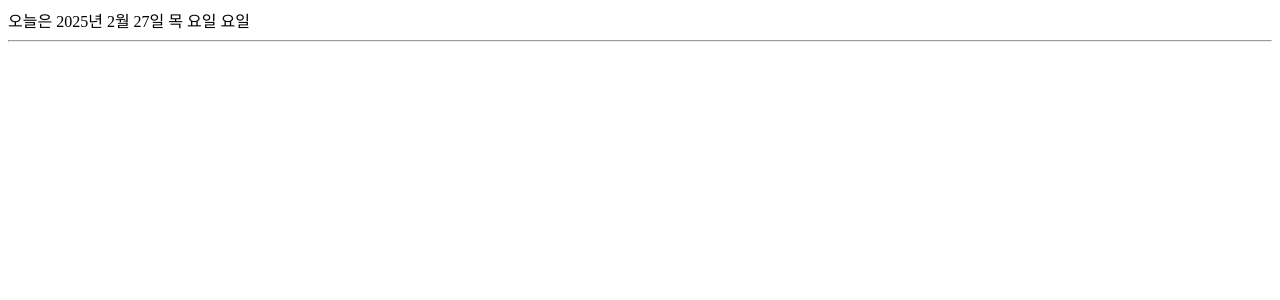
Repository: LEENYAMNYAM/JSP
Page: http://localhost/JSP_Project/exam/DataExam.jsp
The author's editor kept a copy of each file at every save. The page is drawn from the files as they stood at one save, then again after the next save.
The browser window is 1280 px wide. The pictures show the whole page.
The page is served by Tomcat 9. Other server files are loaded and not shown.

Above is the page before, as saved 2025-02-27 07:04:51.

### JSP_Project/src/main/webapp/exam/DataExam.jsp
<%@page import="java.util.Calendar"%>
<%@ page language="java" contentType="text/html; charset=UTF-8"
    pageEncoding="UTF-8"%>
<!DOCTYPE html>
<html>
<head>
<meta charset="UTF-8">
<title>Insert title here</title>
</head>
<%
	Calendar ca = Calendar.getInstance();
	String[] arr = {"일", "월", "화", "수", "목", "금", "토"};

	String day="";
	switch(ca.get(Calendar.DAY_OF_MONTH)){
		case 1: day="일"; break;
		case 2: day="월"; break;
		case 3: day="화"; break;
		case 4: day="수"; break;
		case 5: day="목"; break;
		case 6: day="금"; break;
		case 7: day="토"; break;
	}
%>
<body>

오늘은 <%= ca.get(Calendar.YEAR) %>년
	 <%= ca.get(Calendar.MONTH) + 1 %>월
	 <%= ca.get(Calendar.DATE) %>일
	 <%= arr[ca.get(Calendar.DAY_OF_WEEK)-1] %> 요일
	 <%= day %> 요일
<hr/>

</body>
</html>

After the next save:
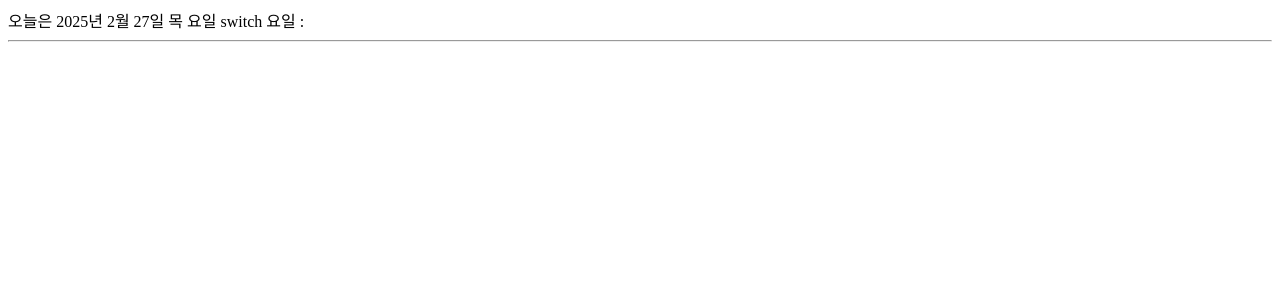
Saved 53 s later.
--- a/JSP_Project/src/main/webapp/exam/DataExam.jsp
+++ b/JSP_Project/src/main/webapp/exam/DataExam.jsp
@@ -28,7 +28,7 @@
 	 <%= ca.get(Calendar.MONTH) + 1 %>월
 	 <%= ca.get(Calendar.DATE) %>일
 	 <%= arr[ca.get(Calendar.DAY_OF_WEEK)-1] %> 요일
-	 <%= day %> 요일
+	 switch 요일 : <%= day %>
 <hr/>
 
 </body>
